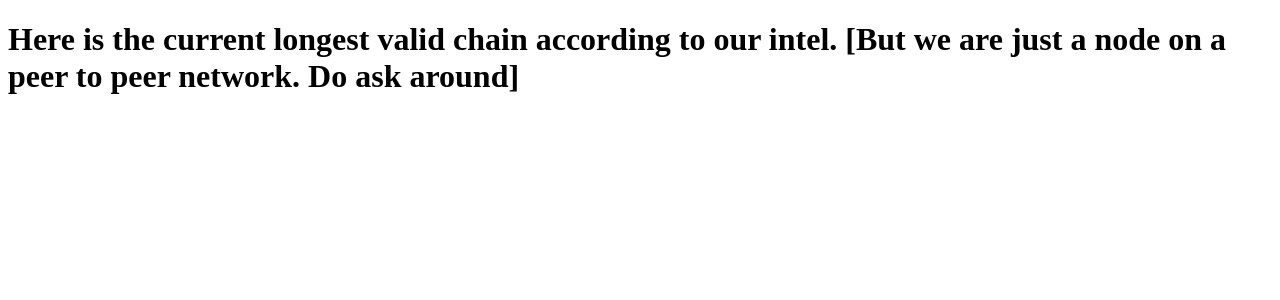
Repository: GeraldRyan/BlockchainCSPeerInstance
Page: http://localhost/Case_Study/WEB-INF/views/blockchaindesc.jsp
An editor plug-in stored every save of this project. The page is shown before and after the next save, followed by the edit.
The browser window is 1280 px wide. The pictures show the whole page.
The page is served by Tomcat 9. Nobody is signed in. The template is opened directly, without the code that normally fills it, so the values that code supplies are empty.

Above is the page before, as saved 2021-03-26 02:08:44.

After the next save:
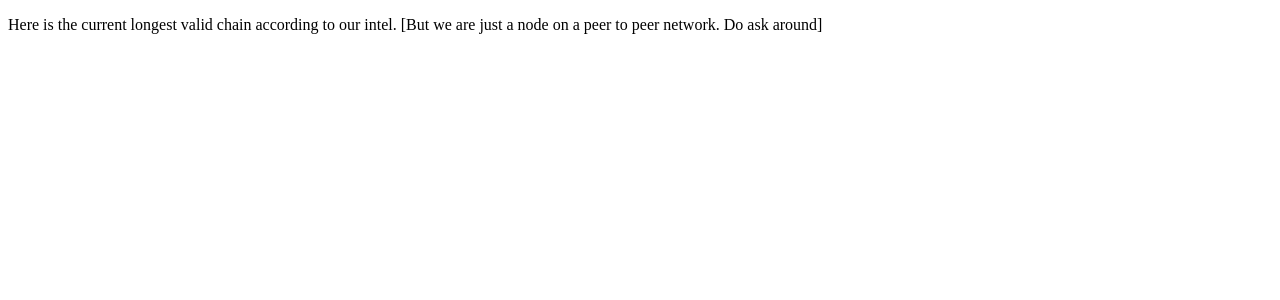
Saved 22 s later.
--- a/Java BE/Case Study/WebContent/WEB-INF/views/blockchaindesc.jsp
+++ b/Java BE/Case Study/WebContent/WEB-INF/views/blockchaindesc.jsp
@@ -7,7 +7,7 @@
 <title>Index Page</title>
 </head>
 <body>
-	<h1>Here is the current longest valid chain according to our
-		intel. [But we are just a node on a peer to peer network. Do ask around]</h1>
+	<p>Here is the current longest valid chain according to our
+		intel. [But we are just a node on a peer to peer network. Do ask around]</p>
 </body>
 </html>
